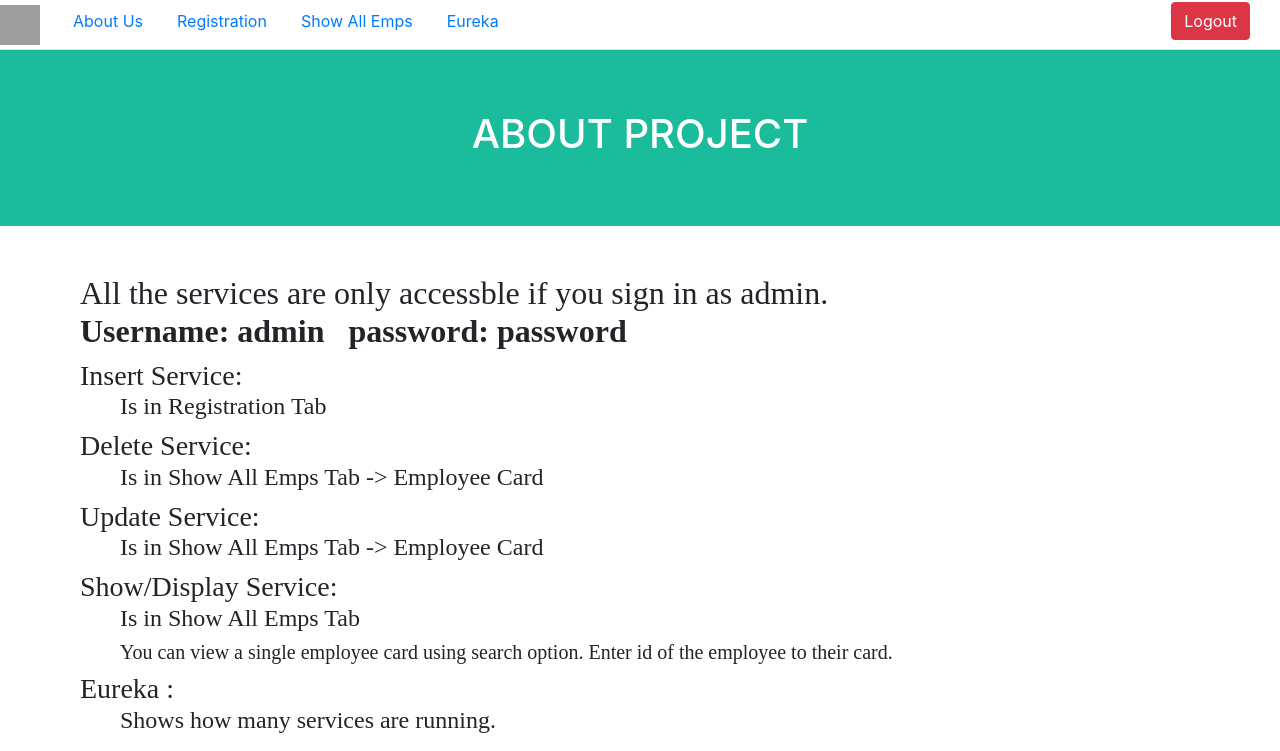
Repository: Shwetank-Chaudhary/EmployeeManagement-
Page: HomePage/src/main/webapp/AboutUs.html
The author's editor kept a copy of each file at every save. The page is drawn from the files as they stood at one save, then again after the next save.
The browser window is 1280 px wide. The pictures show the whole page.
Pictures or frames that could not be fetched are drawn as grey boxes.

Above is the page before, as saved 2024-01-01 17:27:29.

After the next save:
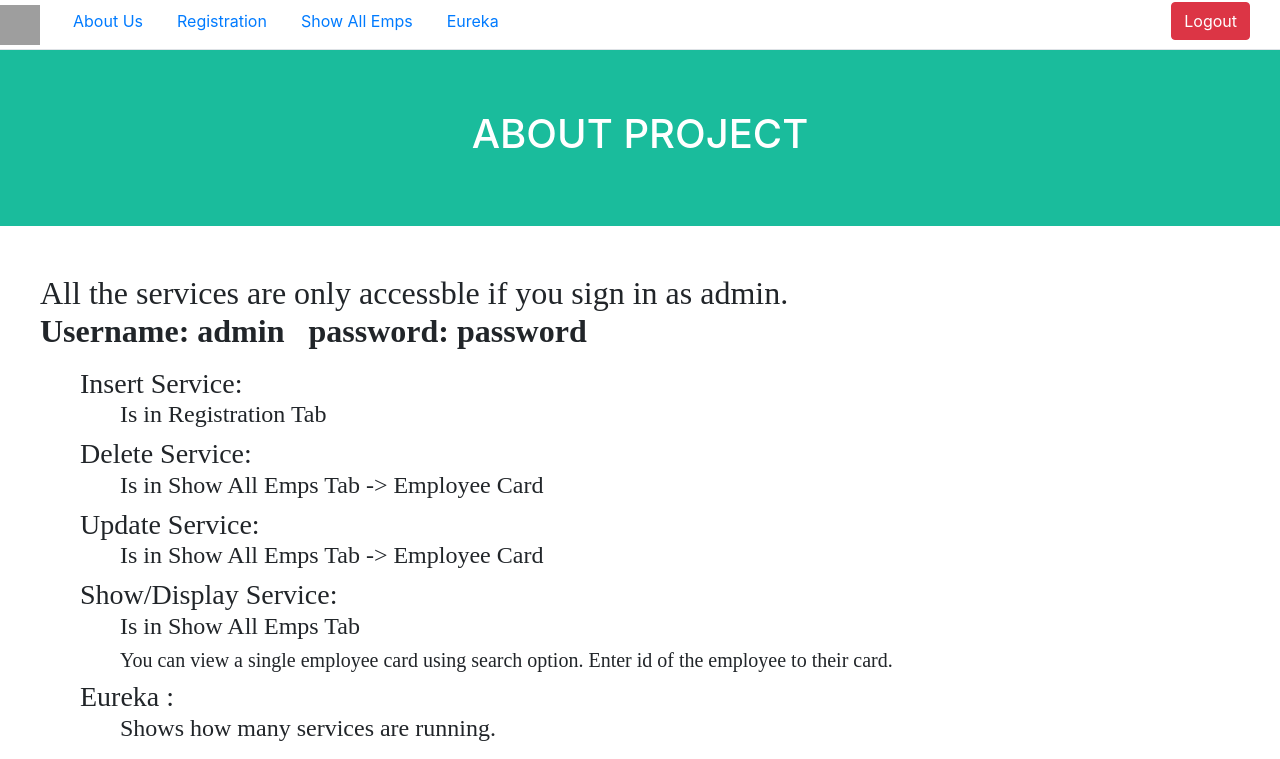
Saved 19 s later.
--- a/HomePage/src/main/webapp/AboutUs.html
+++ b/HomePage/src/main/webapp/AboutUs.html
@@ -58,9 +58,9 @@
 		<h1>ABOUT PROJECT</h1>
 	</div>
 	<div class="content"><br><br>
-	<ul>
 		<ul><h2>All the services are only accessble if you sign in as admin.<br>
 		<b>Username: admin &nbsp; password: password</b></h2></ul>
+		<ul>
 		<h3>
 			<ul>Insert Service:
 			<h4><ul>Is in Registration Tab</ul></h4>
